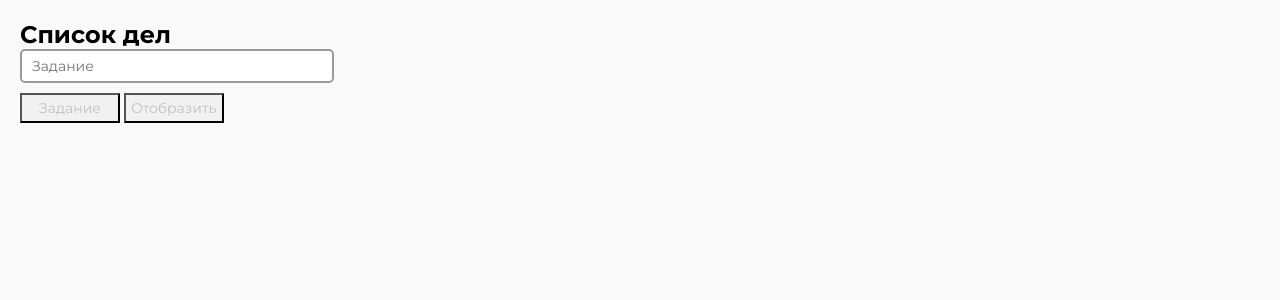
Repository: andbaik/it_unit9
Page: index.html
These files come from the project's save history. The page is drawn as it stood at one moment and after the next save; the edit follows.
The browser window is 1280 px wide. The pictures show the whole page.

Above is the page before, as saved 2021-04-06 22:05:12.

After the next save:
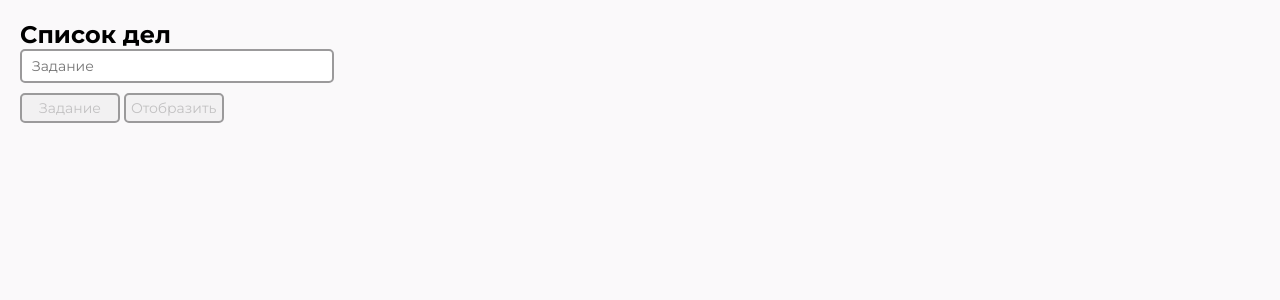
Saved 30 s later.
--- a/css/style.css
+++ b/css/style.css
@@ -35,6 +35,8 @@ section .btn-block{
     height: 30px;
     background-color: #F2F1F2;
     color: #C2C1C2;
+    border: 2px solid #9B9A9B;
+    border-radius: 5px;
 
 }
 
